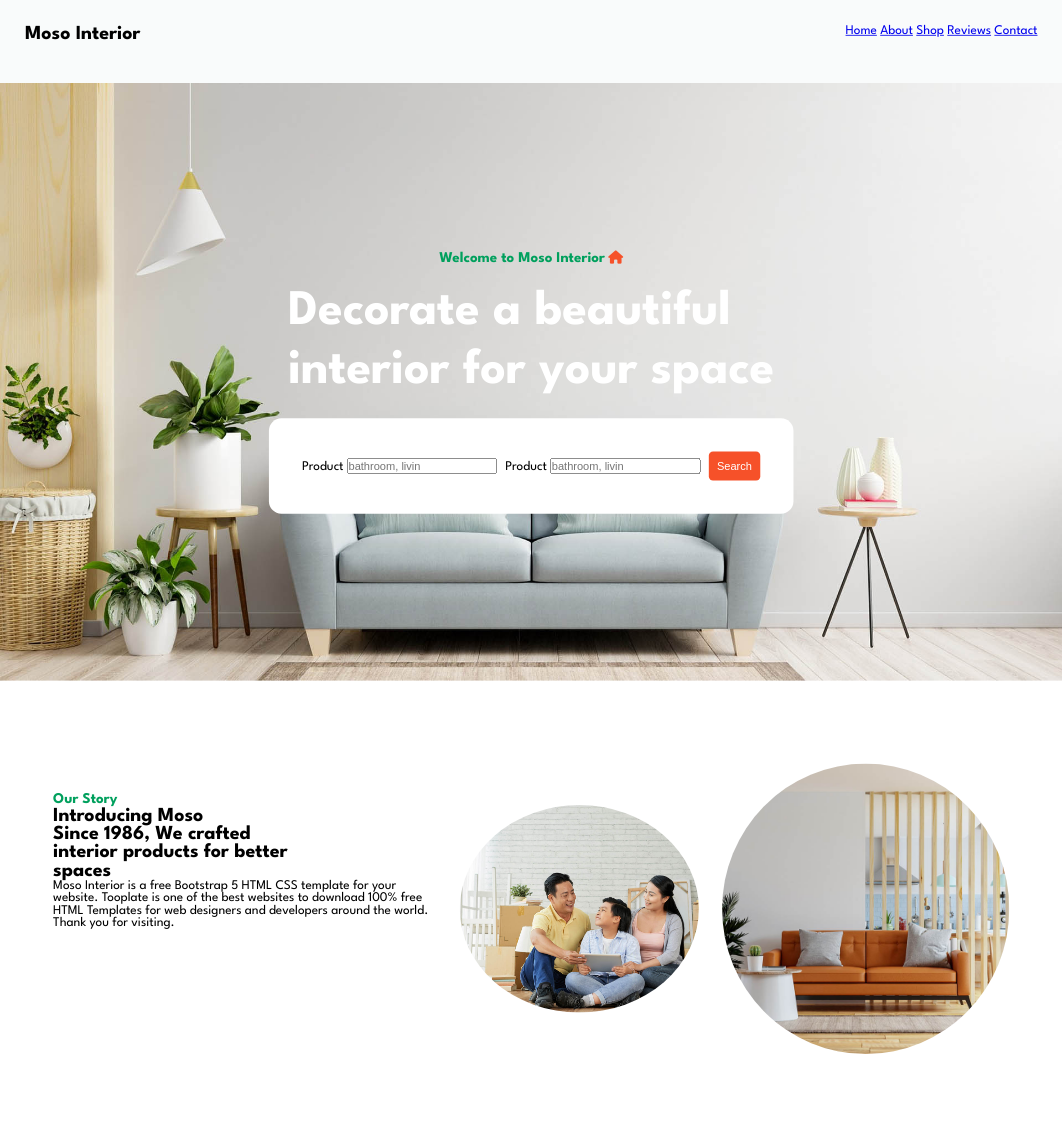
Repository: mariamnabil23/furniture
Page: index.html
These files come from the project's save history. The page is drawn as it stood at one moment and after a run of saves; the edit follows.
The browser window is 1280 px wide. The pictures show the whole page, at 83% of full size.
Some web fonts or font styles are not loaded; a fallback is used.

Above is the page before, as saved 2024-10-30 16:17:30.

### index.html
<!DOCTYPE html>
<html lang="en">

<head>
    <meta charset="UTF-8">
    <meta name="viewport" content="width=device-width, initial-scale=1.0">
    <title>Furnture</title>

    <!-- font awesome -->
    <link rel="stylesheet" href="https://cdnjs.cloudflare.com/ajax/libs/font-awesome/6.0.0-beta3/css/all.min.css">

    <!-- google font -->
    <link rel="preconnect" href="https://fonts.googleapis.com">
    <link rel="preconnect" href="https://fonts.gstatic.com" crossorigin>
    <link
        href="https://fonts.googleapis.com/css2?family=Anton&family=DM+Sans:ital,opsz,wght@0,9..40,100..1000;1,9..40,100..1000&family=Inter:wght@100..900&family=Karla:ital,wght@0,200..800;1,200..800&family=League+Spartan:wght@100..900&family=Montserrat:ital,wght@0,100..900;1,100..900&family=Nunito:ital,wght@0,200..1000;1,200..1000&family=Playwrite+GB+S:ital,wght@0,100..400;1,100..400&family=Saira+Semi+Condensed:wght@100;200;300;400;500;600;700;800;900&family=Sorts+Mill+Goudy:ital@0;1&family=Tajawal:wght@200;300;400;500;700;800;900&family=Work+Sans:ital,wght@0,100..900;1,100..900&family=Yellowtail&family=Zen+Dots&display=swap"
        rel="stylesheet">


    <link rel="stylesheet" href="style.css">
</head>

<body>
    <div class="container">
        <div class="navbar">
            <div class="left">
                <h2>Moso Interior</h2>
            </div>
            <div class="right">
                <ul>
                    <li><a href="#">Home</a></li>
                    <li><a href="#">About</a></li>
                    <li><a href="#">Shop</a></li>
                    <li><a href="#">Reviews</a></li>
                    <li><a href="#">Contact</a></li>
                </ul>
            </div>
        </div>

        <!-- home section -->
        <section class="home">
            <div class="content">
                <div class="top">
                    <h5>Welcome to Moso Interior</h5>
                    <i class="fas fa-home"></i>
                </div>
                <div class="middle">
                    <h1>Decorate a beautiful <br> interior for your space</h1>
                </div>
                <div class="bottom">
                    <div class="l">
                        <label>Product</label>
                        <input placeholder="bathroom, livin">
                    </div>
                    <div class="r">
                        <label>Product</label>
                        <input placeholder="bathroom, livin">
                    </div>
                    <div class="btn">
                        <button>Search</button>
                    </div>
                    <div class="down"><i class="fas fa-arrow"></i></div>
                </div>
            </div>
        </section>

        <!-- about section -->
        <section class="about">
            <div class="content">
                <div class="left">
                    <h5>Our Story</h5>
                    <h1>Introducing Moso</h1>
                    <h2>Since 1986, We crafted <br> interior products for better <br> spaces</h2>
                    <p>Moso Interior is a free Bootstrap 5 HTML CSS template for your website. Tooplate is one of the
                        best websites to download 100% free HTML Templates for web designers and developers around the
                        world. Thank you for visiting.</p>
                </div>
                <div class="middle">
                    <img src="/images/about1.jpg">
                </div>
                <div class="right">
                    <img src="/images/about2.jpg">
                </div>
            </div>
        </section>
    </div>
</body>

</html>

### style.css
@import url('https://fonts.googleapis.com/css2?family=Anton&family=DM+Sans:ital,opsz,wght@0,9..40,100..1000;1,9..40,100..1000&family=Inter:wght@100..900&family=Karla:ital,wght@0,200..800;1,200..800&family=League+Spartan:wght@100..900&family=Montserrat:ital,wght@0,100..900;1,100..900&family=Nunito:ital,wght@0,200..1000;1,200..1000&family=Playwrite+GB+S:ital,wght@0,100..400;1,100..400&family=Saira+Semi+Condensed:wght@100;200;300;400;500;600;700;800;900&family=Sorts+Mill+Goudy:ital@0;1&family=Tajawal:wght@200;300;400;500;700;800;900&family=Work+Sans:ital,wght@0,100..900;1,100..900&family=Yellowtail&family=Zen+Dots&display=swap');


*{
    box-sizing: border-box;
    padding: 0;
    margin: 0;
}
body{
    font-family: "League Spartan", sans-serif;
}
ul{
    list-style: none;
}

.navbar{
    width: 100%;
    height: 100px;
    background-color: rgb(249, 251, 251);
    padding: 30px;
}
.navbar .left{
    float: left;
    display: inline;
}
.navbar .right{
    float: right;
    display: inline;
}
.navbar .right ul li{
    display: inline;
}


/* home */
.home{
    width: 100%;
    height: 100vh;
    background-image: url("/images/home-bg-1.jpg");
    background-size: cover;
    display: flex;
    flex-direction: column;
    align-items: center;
    justify-content: center;
    align-items: center;
}
.home .content{
    display: flex;
    flex-direction: column;
    align-items: center;
    justify-content: center;
    align-items: center;
}
.home .top h5{
    display: inline;
    color: #00a05d;
    font-size: 18px;
}
.home .top i{
    color: #f65129;
}
.home .middle h1{
    color: white;
    font-size: 60px;
    margin: 20px 0;
    line-height: 1.2;
}
.home .bottom {
    background: white;
    border-radius: 15px;
    padding: 40px;
    display: flex;
}
.home .bottom .l,
.home .bottom .r{
    margin: auto;
}
.home .bottom .r,
.home .bottom .btn{
    padding-left: 10px;
}
.home .bottom button{
    background: #f65129;
    padding: 10px;
    color: white;
    border: none;
    border-radius: 5px;
}


/* about */

.about{

}
.about .content{
    display: flex;
    justify-content: space-between;
    align-items: center;
    width: 90%;
    margin: 100px auto;
}
.about .left{
    width: 40%;
    height: 280px;
}
.about .left h5{
    color: #00a05d;
    font-size: 18px;
}
.about .middle{
    width: 25%;
    height: 250px;
}
.about .middle img{
    width: 100%;
    height: 100%;
    object-fit: cover;
    border-radius: 100%;
}
.about .right{
    width: 30%;
    height: 350px;
}
.about .right img{
    width: 100%;
    height: 100%;
    object-fit: cover;
    border-radius: 100%;
}

After the next 6 saves:
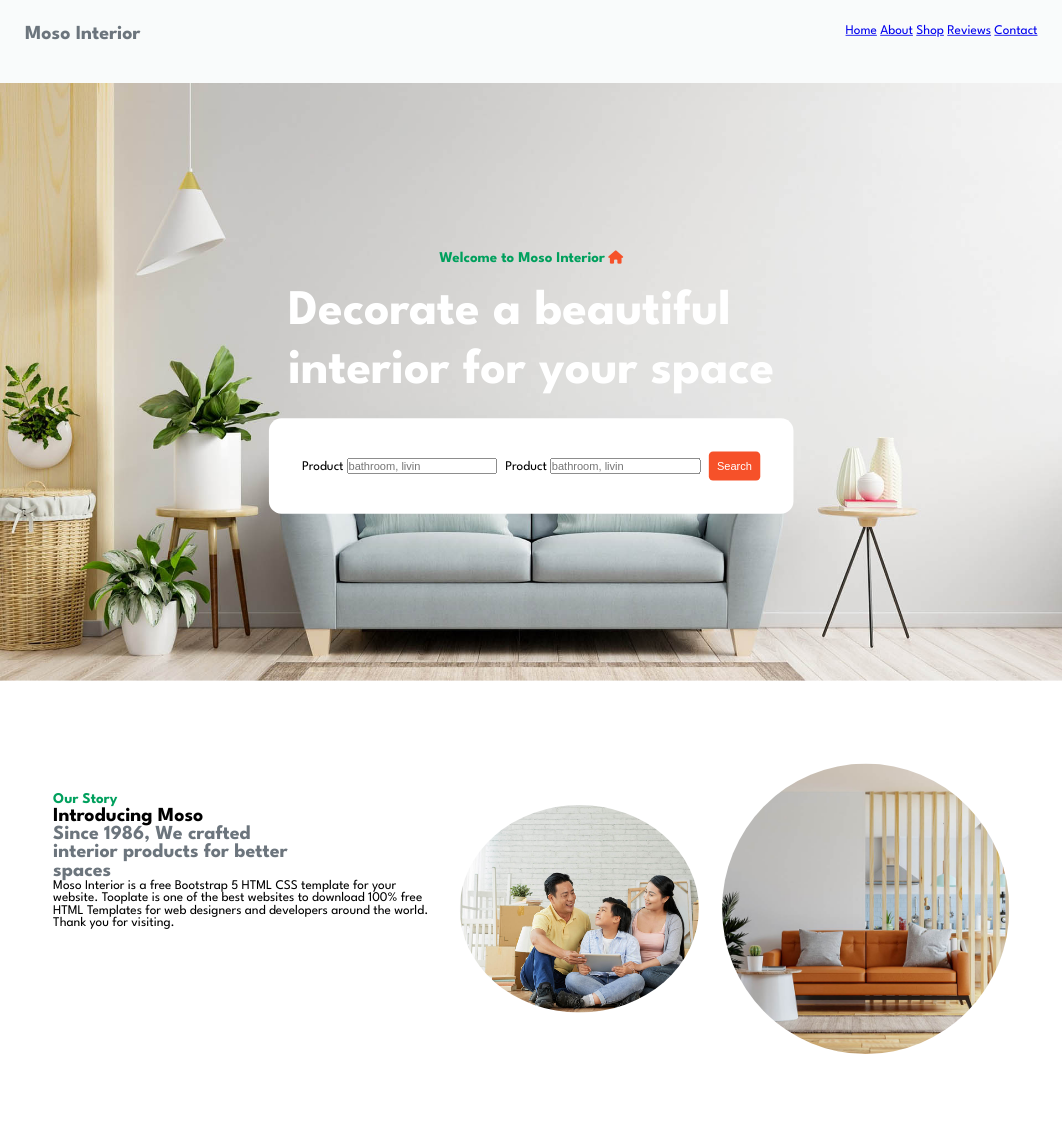
The 6 saves are shown as one change because they came seconds apart.
The last was saved 69 s later.
--- a/style.css
+++ b/style.css
@@ -128,3 +128,6 @@ ul{
     object-fit: cover;
     border-radius: 100%;
 }
+h2{
+    color: #6c757d;
+}
